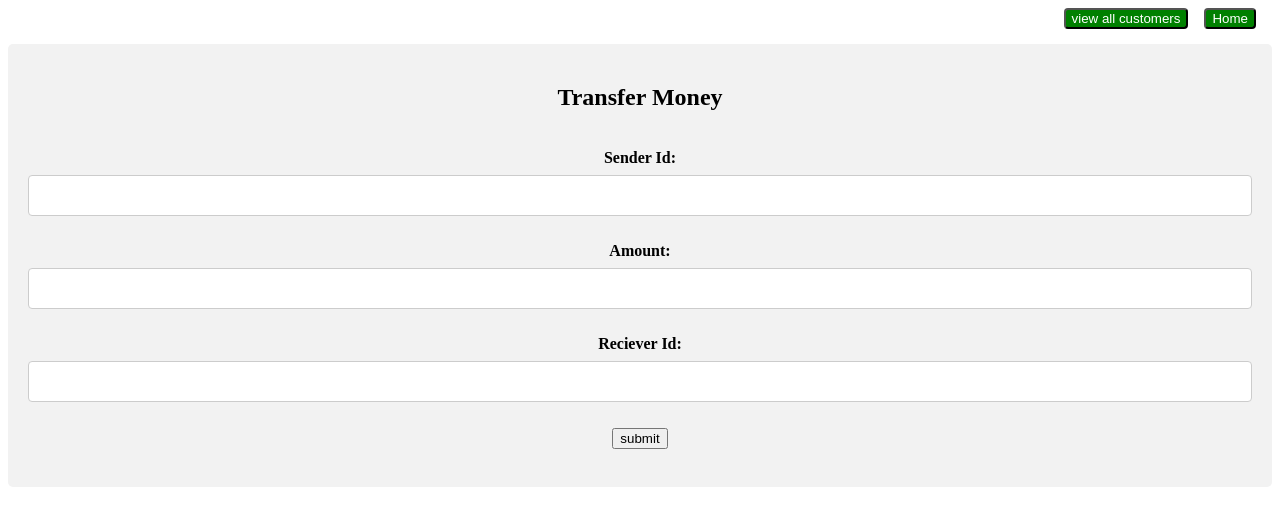
Repository: BarnalaManognaram/sparxintern
Page: sparx_internship/sparx/src/main/webapp/transfer.html
An editor plug-in stored every save of this project. The page is shown before and after the next save, followed by the edit.
The browser window is 1280 px wide. The pictures show the whole page.

Above is the page before, as saved 2021-09-19 16:34:14.

After the next save:
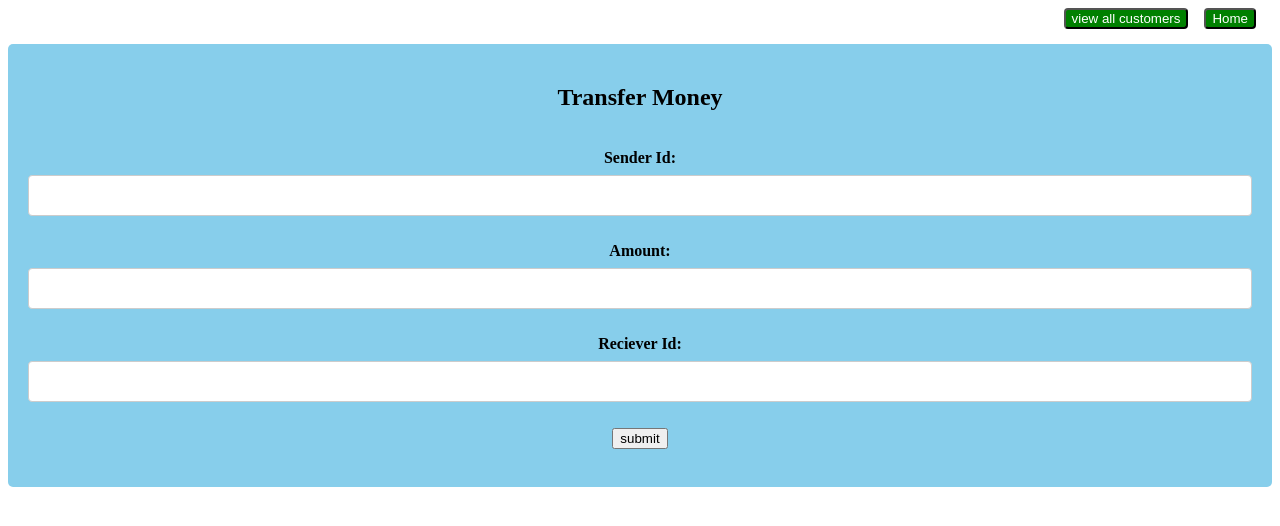
Saved 25 s later.
--- a/sparx_internship/sparx/src/main/webapp/transfer.html
+++ b/sparx_internship/sparx/src/main/webapp/transfer.html
@@ -41,12 +41,12 @@
 }
 
 input[type=submit]:hover {
-  background-color: #45a049;
+  background-color: skyblue;
 }
 
 div {
   border-radius: 5px;
-  background-color: #f2f2f2;
+  background-color: skyblue;
   padding: 20px;
 }
 </style>

After the save that followed:
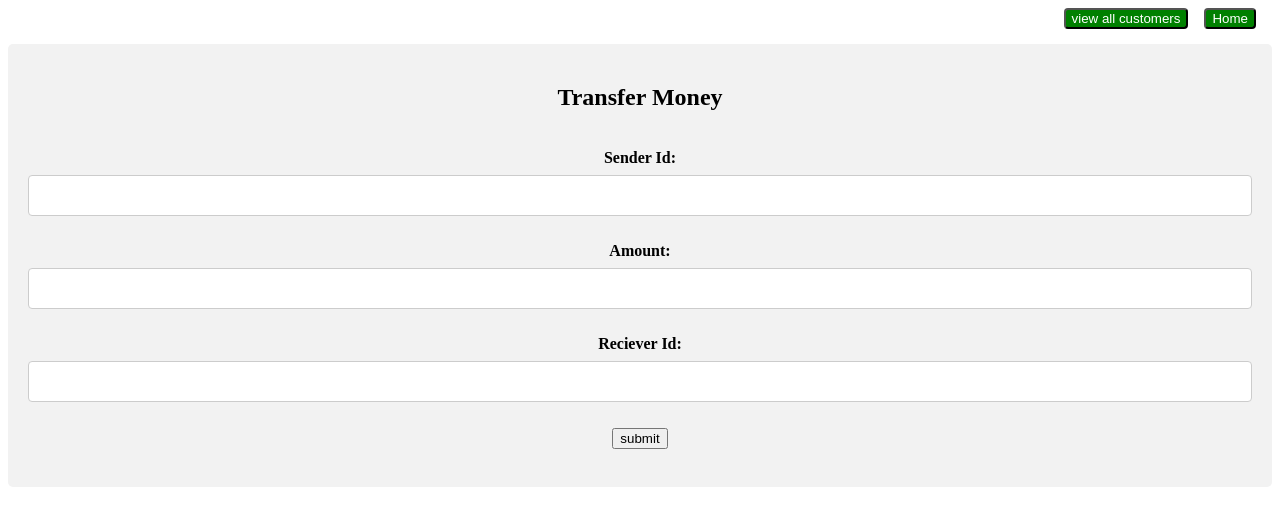
Saved 48 s later.
--- a/sparx_internship/sparx/src/main/webapp/transfer.html
+++ b/sparx_internship/sparx/src/main/webapp/transfer.html
@@ -46,7 +46,7 @@
 
 div {
   border-radius: 5px;
-  background-color: skyblue;
+  background-color: #f2f2f2;
   padding: 20px;
 }
 </style>
